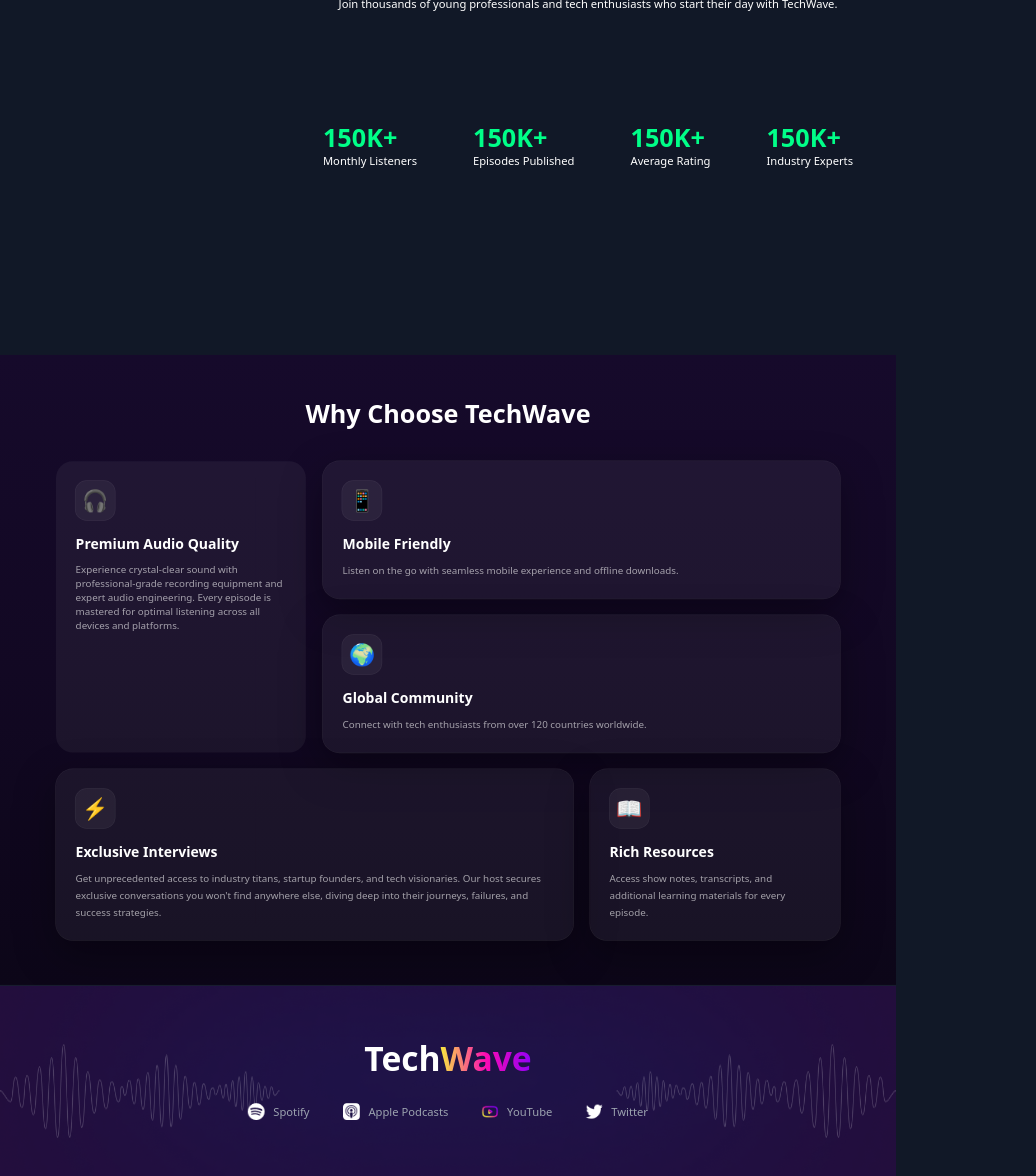
Repository: tanimtanzilislam/Assignment_2
Page: index.html
These files come from the project's save history. The page is drawn as it stood at one moment and after the next save; the edit follows.
The browser window is 1280 px wide. The page is 1480 px wide, so the pictures cover 1480 px, including what lies to the right of the window. The pictures show the part of the page from y = 870 to 2550 px (the page is 2550 px tall), at 70% of full size.
Some web libraries are served in a nearby version.

Above is the page before, as saved 2026-03-06 21:17:07.

After the next save:
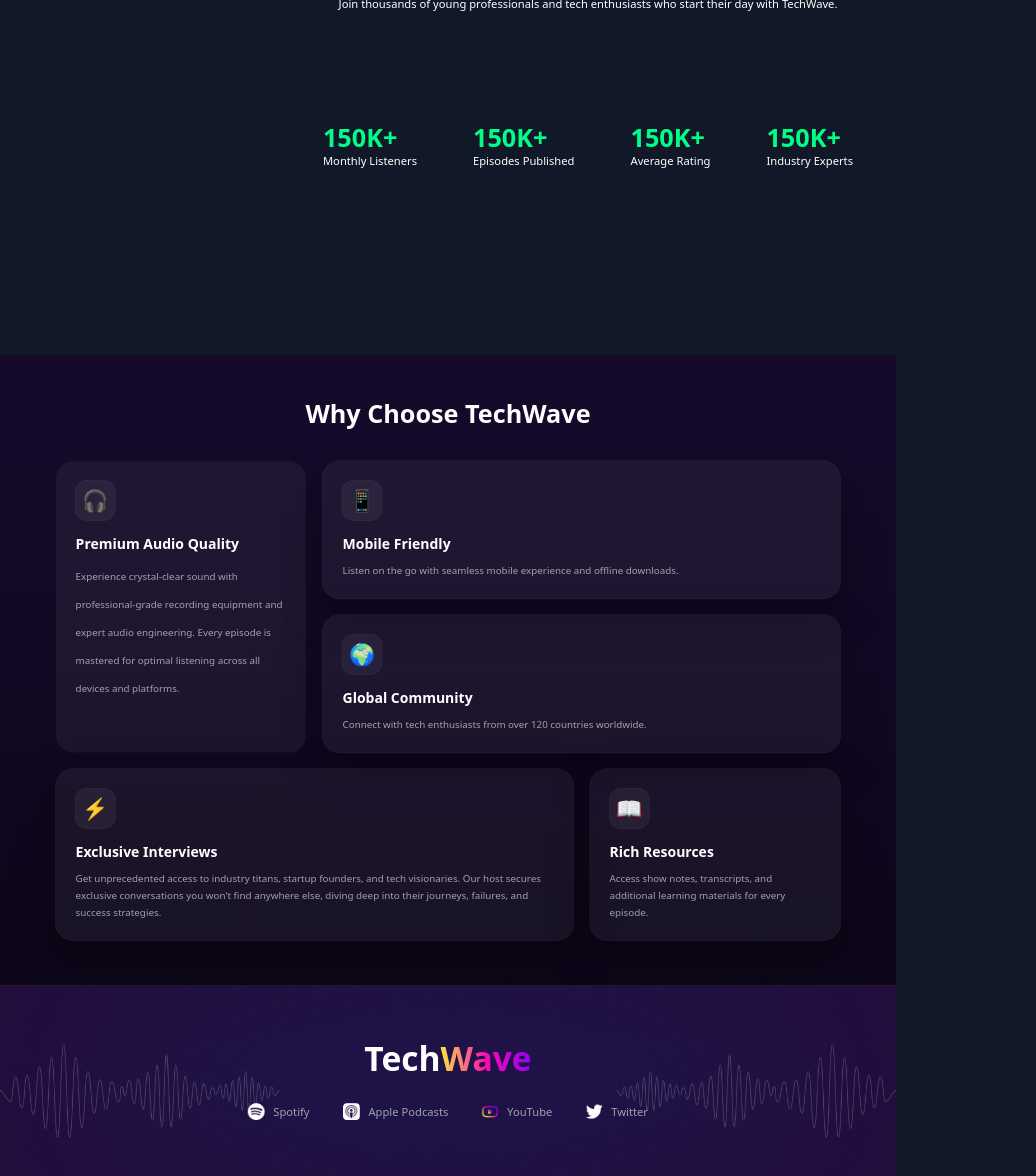
Saved 9 s later.
--- a/index.html
+++ b/index.html
@@ -132,7 +132,7 @@ and share stories of personal growth from industry leaders.
           <span class="text-3xl">🎧</span>
         </div>
         <h3 class="text-xl font-bold text-white">Premium Audio Quality</h3>
-        <p class="mt-3 text-sm leading-1 text-white/60">
+        <p class="mt-3 text-sm leading-10 text-white/60">
           Experience crystal-clear sound with professional-grade recording equipment and expert audio engineering.
           Every episode is mastered for optimal listening across all devices and platforms.
         </p>
